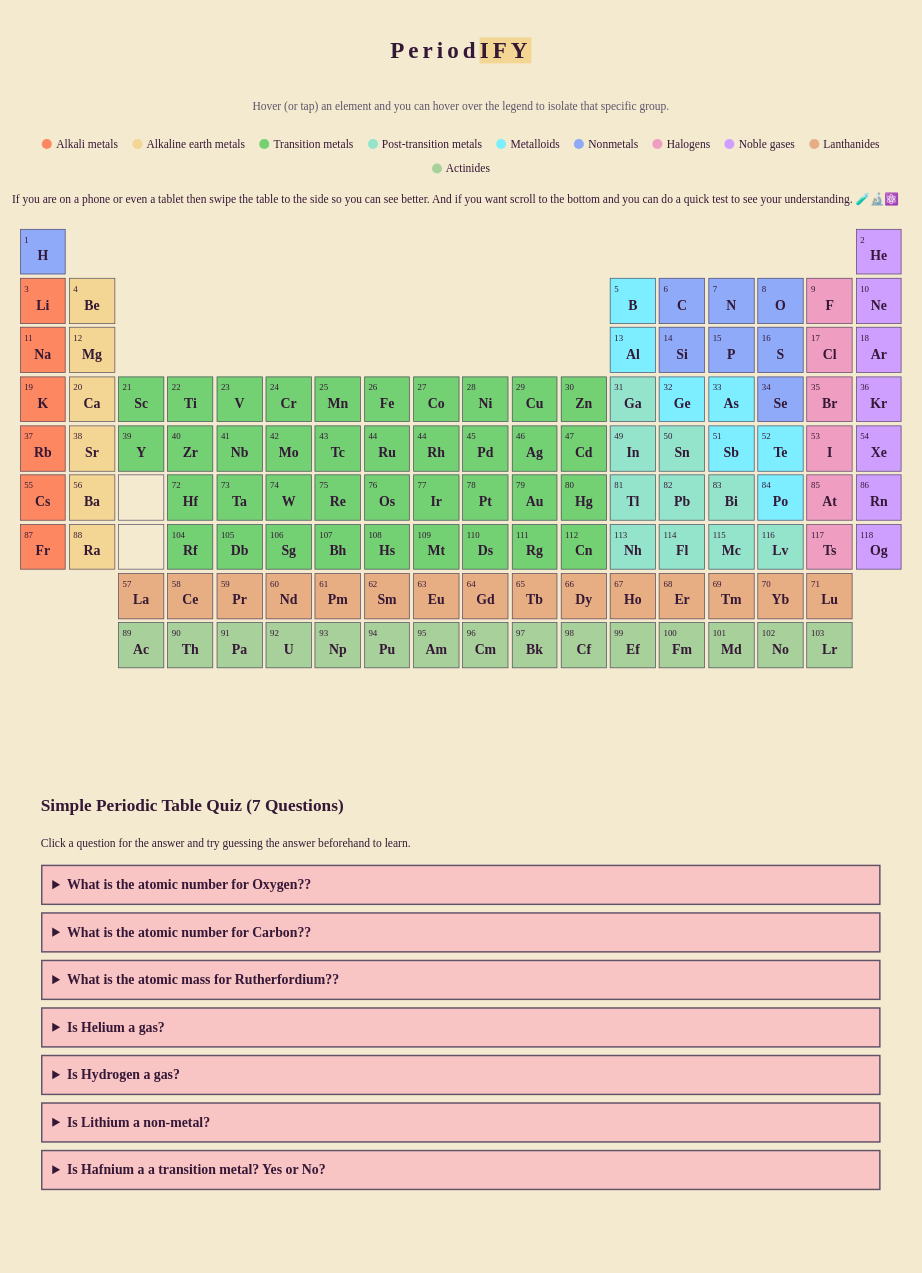
Repository: manayparikh1/Periodify
Page: index.html
The author's editor kept a copy of each file at every save. The page is drawn from the files as they stood at one save, then again after the next save.
The browser window is 1280 px wide. The pictures show the whole page, at 72% of full size.

Above is the page before, as saved 2026-10-19 20:44:25.

After the next save:
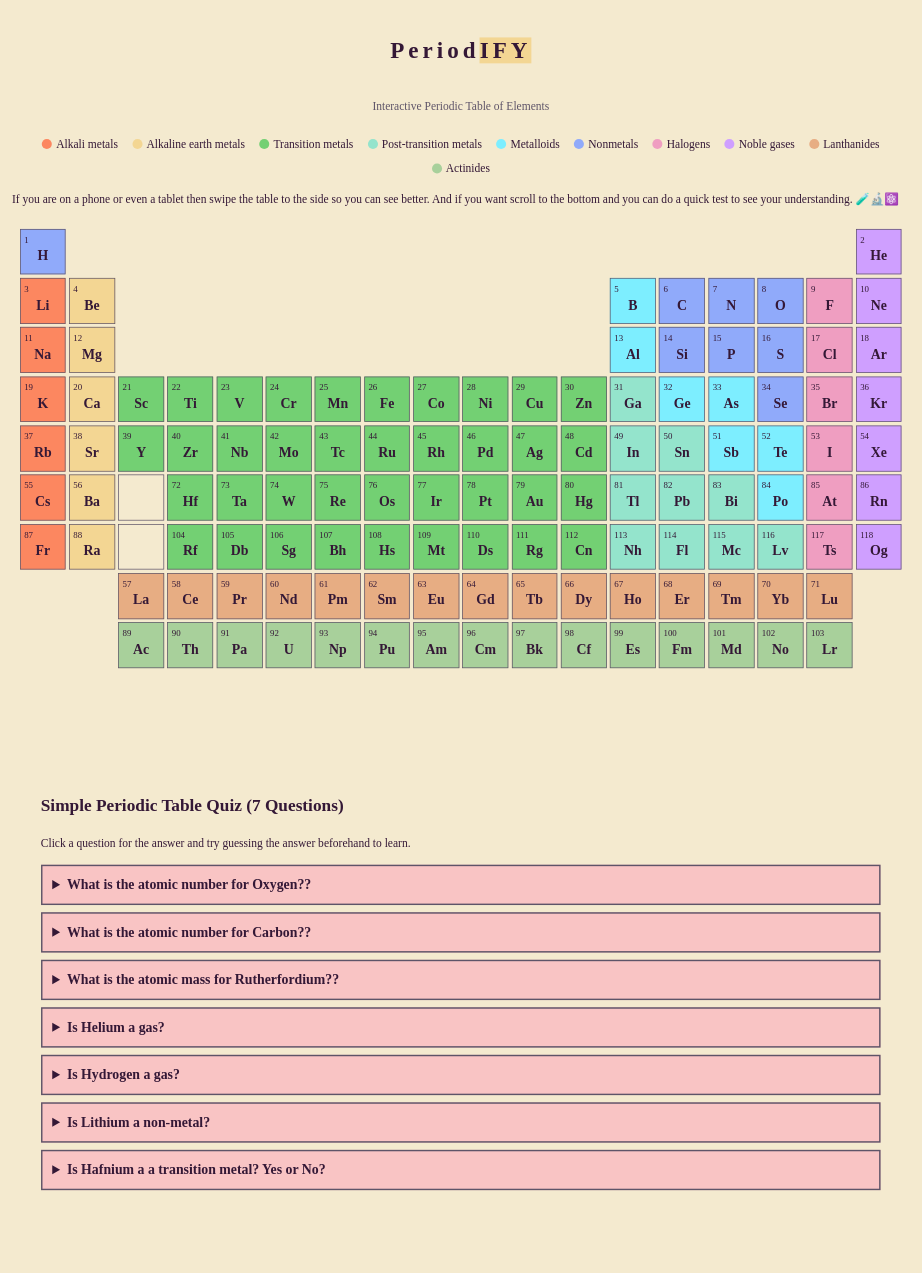
Saved 46 min 3 s later.
--- a/index.html
+++ b/index.html
@@ -11,7 +11,7 @@
     <!-- === HTML STARTS here===-->
     <header>
         <h1>Period<span>IFY</span></h1>
-        <p>Hover (or tap) an element and you can hover over the legend to isolate that specific group.</p>
+        <p>Interactive Periodic Table of Elements</p>
     </header>
     <!-- === Legend === -->
     <ul class="legend">
@@ -85,10 +85,10 @@
             <div class="el tm" tabindex="0"><i>42</i><b>Mo</b><span>Molybdenum<br>Atomic mass = 95.95</span></div>
             <div class="el tm" tabindex="0"><i>43</i><b>Tc</b><span>Technetium<br>Atomic mass = 98.00</span></div>
             <div class="el tm" tabindex="0"><i>44</i><b>Ru</b><span>Ruthenium<br>Atomic mass = 101.07</span></div>
-            <div class="el tm" tabindex="0"><i>44</i><b>Rh</b><span>Rhodium<br>Atomic mass = 102.91</span></div>
-            <div class="el tm" tabindex="0"><i>45</i><b>Pd</b><span>Palladium<br>Atomic mass = 106.42</span></div>
-            <div class="el tm" tabindex="0"><i>46</i><b>Ag</b><span>Silver<br>Atomic mass = 107.87</span></div>
-            <div class="el tm" tabindex="0"><i>47</i><b>Cd</b><span>Cadmium<br>Atomic mass = 112.41</span></div>
+            <div class="el tm" tabindex="0"><i>45</i><b>Rh</b><span>Rhodium<br>Atomic mass = 102.91</span></div>
+            <div class="el tm" tabindex="0"><i>46</i><b>Pd</b><span>Palladium<br>Atomic mass = 106.42</span></div>
+            <div class="el tm" tabindex="0"><i>47</i><b>Ag</b><span>Silver<br>Atomic mass = 107.87</span></div>
+            <div class="el tm" tabindex="0"><i>48</i><b>Cd</b><span>Cadmium<br>Atomic mass = 112.41</span></div>
             <div class="el pt" tabindex="0"><i>49</i><b>In</b><span>Indium<br>Atomic mass = 114.82</span></div>
             <div class="el pt" tabindex="0"><i>50</i><b>Sn</b><span>Tin<br>Atomic mass = 118.71</span></div>
             <div class="el md" tabindex="0"><i>51</i><b>Sb</b><span>Antimony<br>Atomic mass = 121.76</span></div>
@@ -166,7 +166,7 @@
             <div class="el ac" tabindex="0"><i>96</i><b>Cm</b><span>Curium<br>Atomic mass = 247.00</span></div>
             <div class="el ac" tabindex="0"><i>97</i><b>Bk</b><span>Berkelium<br>Atomic mass = 247.00</span></div>
             <div class="el ac" tabindex="0"><i>98</i><b>Cf</b><span>Californium<br>Atomic mass = 251.00</span></div>
-            <div class="el ac" tabindex="0"><i>99</i><b>Ef</b><span>Einsteinium<br>Atomic mass = 252.00</span></div>
+            <div class="el ac" tabindex="0"><i>99</i><b>Es</b><span>Einsteinium<br>Atomic mass = 252.00</span></div>
             <div class="el ac" tabindex="0"><i>100</i><b>Fm</b><span>Fermium<br>Atomic mass = 257.00</span></div>
             <div class="el ac" tabindex="0"><i>101</i><b>Md</b><span>Mendelevium<br>Atomic mass = 258.00</span></div>
             <div class="el ac" tabindex="0"><i>102 </i><b>No </b><span>Nobelium<br>Atomic mass = 259.00</span></div>
